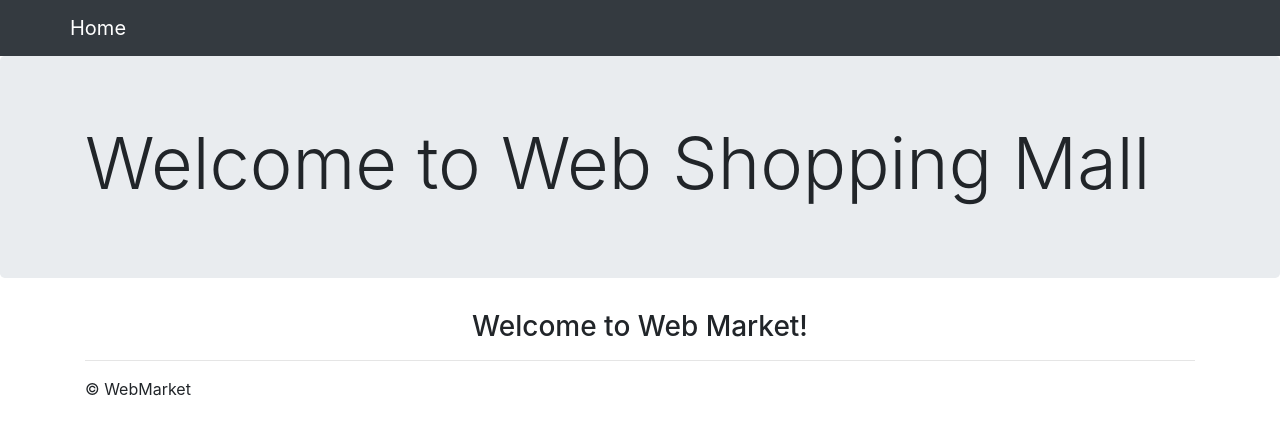
Repository: hodob/JSP_Practice
Page: http://localhost/JSP_WebMarket_JJH/ch02_ex/welcome.jsp
These files come from the project's save history. The page is drawn as it stood at one moment and after the next save; the edit follows.
The browser window is 1280 px wide. The pictures show the whole page.
The page is served by Tomcat 9.

Above is the page before, as saved 2022-08-05 06:02:19.

After the next save:
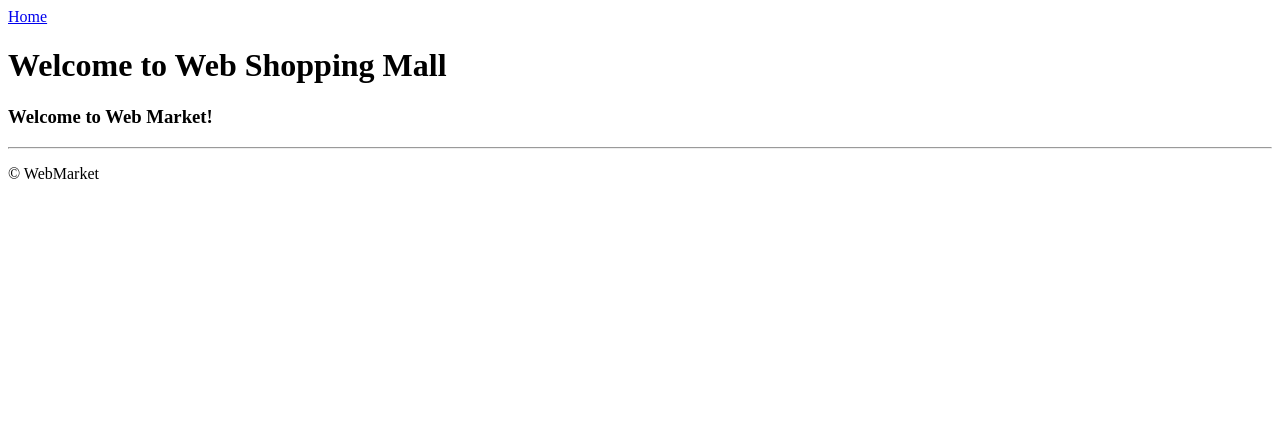
Saved 20 s later.
--- a/JSP_WebMarket_JJH/WebContent/ch02_ex/welcome.jsp
+++ b/JSP_WebMarket_JJH/WebContent/ch02_ex/welcome.jsp
@@ -4,7 +4,7 @@
 <html>
 <head>
 <meta charset="UTF-8">
-<link rel="stylesheet" href="https://maxcdn.bootstrapcdn.com/bootstrap/4.0.0/css/bootstrap.min.css">
+<!-- <link rel="stylesheet" href="https://maxcdn.bootstrapcdn.com/bootstrap/4.0.0/css/bootstrap.min.css"> -->
 <title>Welcome</title>
 </head>
 <body>

After the save that followed:
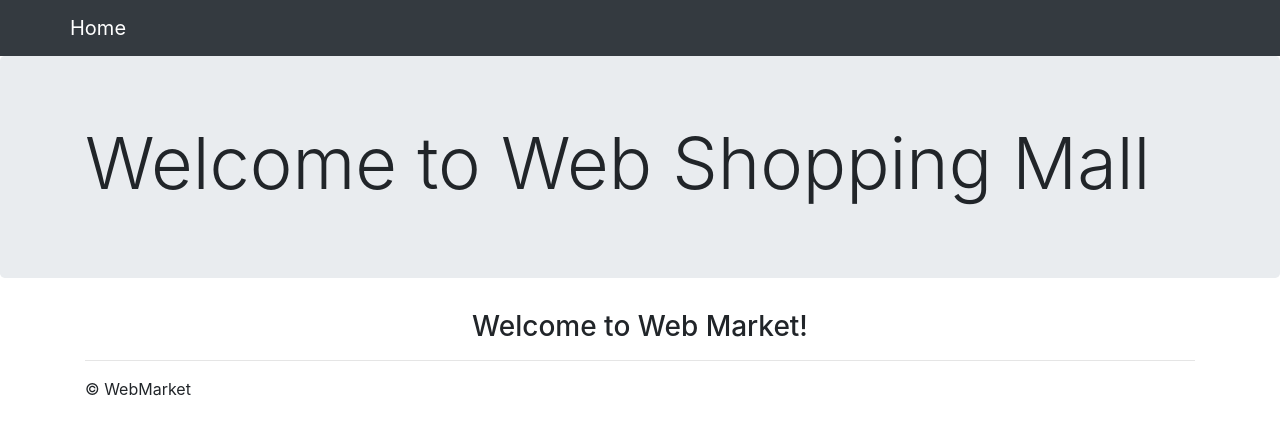
Saved 8 s later.
--- a/JSP_WebMarket_JJH/WebContent/ch02_ex/welcome.jsp
+++ b/JSP_WebMarket_JJH/WebContent/ch02_ex/welcome.jsp
@@ -4,7 +4,7 @@
 <html>
 <head>
 <meta charset="UTF-8">
-<!-- <link rel="stylesheet" href="https://maxcdn.bootstrapcdn.com/bootstrap/4.0.0/css/bootstrap.min.css"> -->
+<link rel="stylesheet" href="https://maxcdn.bootstrapcdn.com/bootstrap/4.0.0/css/bootstrap.min.css">
 <title>Welcome</title>
 </head>
 <body>
